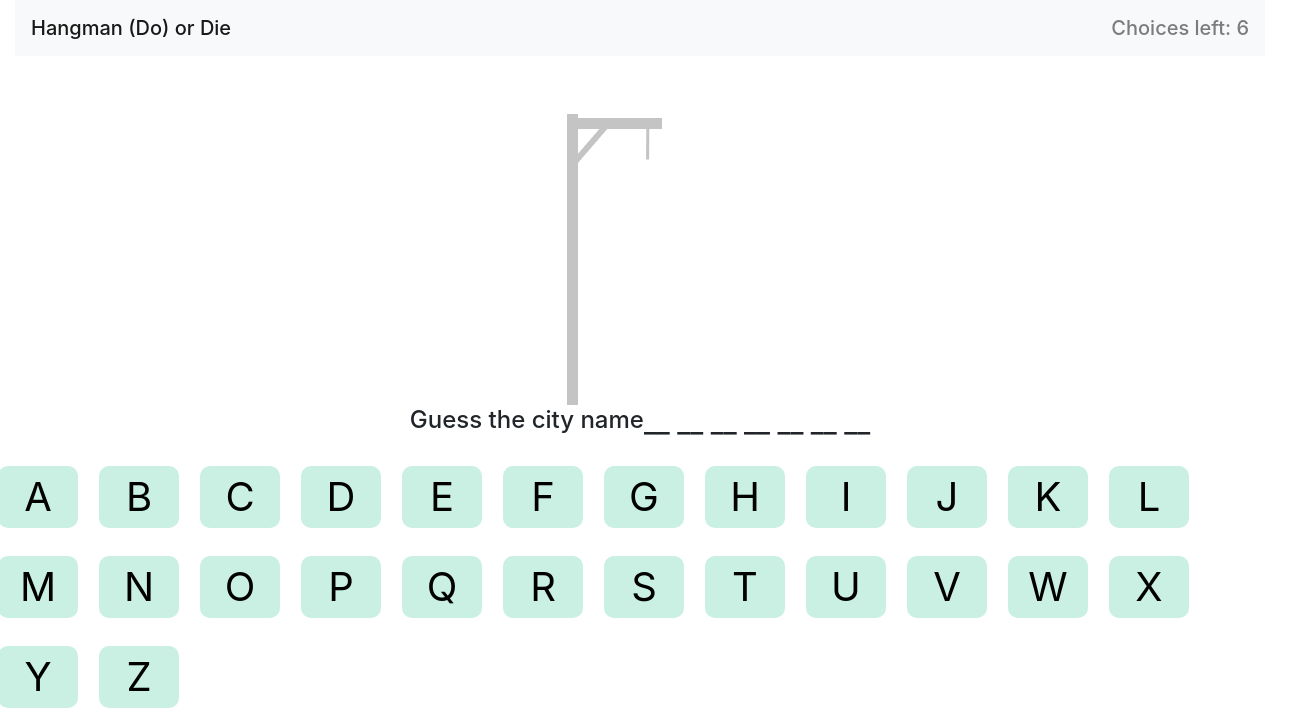
Repository: jatinhchanchlani/hangman
Page: /
These files come from the project's save history. The page is drawn as it stood at one moment and after the next save; the edit follows.
The browser window is 1280 px wide. The page is 1295 px wide, so the pictures cover 1295 px, including what lies to the right of the window. The pictures show the whole page.
The project was rebuilt for these pictures with package versions that can differ from the ones it lists, and the page was loaded fresh each time. Also part of the build but not shown: src/App.css, src/components/reset.jsx.

Above is the page before, as saved 2020-10-25 17:42:15.

### src/index.js
import React from 'react';
import ReactDOM from 'react-dom';
import './index.css';
import App from './App';
import * as serviceWorker from './serviceWorker';
import 'bootstrap/dist/css/bootstrap.css';

ReactDOM.render( <
  React.StrictMode >
  <
  App / >
  <
  /React.StrictMode>,
  document.getElementById('root')
);

// If you want your app to work offline and load faster, you can change
// unregister() to register() below. Note this comes with some pitfalls.
// Learn more about service workers: https://bit.ly/CRA-PWA
serviceWorker.unregister();

### src/App.js
import React from 'react';
import './App.css';
import Game from './components/game';

function App() {
  return ( <
    Game / >
  );
}

export default App;

### src/components/game.jsx
import React, { Component } from "react";
import Image from "./image";
import Header from "./header";
import Letters from "./letters";
import { getRandomCity } from "../model/cities";
import CityLetters from "./cityletters";
import Reset from "./reset";

const MAX_CHOICES = 6;

class Game extends Component {
  state = {
    maxChoices: MAX_CHOICES,
    choicesLeft: MAX_CHOICES,
    cityCharacters: getRandomCity(),
    letters: this.getAllLetters(),
  };

  render() {
    return (
      <div className="container-fluid">
        <Header choicesLeft={this.state.choicesLeft} />

        <div className="row d-flex justify-content-center">
          <Image
            choicesLeft={this.state.choicesLeft}
            maxChoices={this.state.maxChoices}
          />
        </div>

        <div className="row d-flex justify-content-center">
          <h4>Guess the city name </h4>
          <CityLetters cityCharacters={this.state.cityCharacters} />
        </div>

        <div className="row d-flex justify-content-center">
          <Letters
            letters={this.state.letters}
            onClick={(letter) => this.handleLetterClicked(letter)}
          />
          <Reset
            cityCharacters={this.state.cityCharacters}
            onClick={() => this.handleReset()}
          />
        </div>
      </div>
    );
  }

  handleLetterClicked(letter) {
    if (letter.canClick) {
      const { cityCharacters, letters, choicesLeft } = this.state;
      cityCharacters
        .filter((c) => c.character.toUpperCase() === letter.value)
        .map((c) => (c.guessed = true));

      const letterMatch = cityCharacters.some(
        (c) => c.character.toUpperCase() === letter.value
      );

      const choices = letterMatch ? choicesLeft : choicesLeft - 1;

      const l = letters.indexOf(letter);
      letters[l].canClick = false;
      this.setState({
        choicesLeft: choices,
        letters: letters,
        cityCharacters: cityCharacters,
      });
    }
  }

  getAllLetters() {
    return Array(26)
      .fill()
      .map((_, index) => String.fromCharCode("A".charCodeAt(0) + index))
      .map((char) => ({ value: char, canClick: true }));
  }

  handleReset() {
    this.setState({
      maxChoices: MAX_CHOICES,
      choicesLeft: MAX_CHOICES,
      cityCharacters: getRandomCity(),
      letters: this.getAllLetters(),
    });
  }
}

export default Game;

### src/components/image.jsx
import React, { Component } from "react";

class Image extends Component {
  render() {
    const { choicesLeft, maxChoices } = this.props;
    const imagePath = maxChoices - choicesLeft + ".jpg";
    return <img src={require("../images/" + imagePath)} alt={imagePath} />;
  }
}

export default Image;

### src/components/header.jsx
import React, { Component } from "react";

class Header extends Component {
  render() {
    return (
      <nav className="navbar navbar-light bg-light d-flex flex-column flex-sm-row">
        <span className="navbar-brand mb-0 h1">Hangman (Do) or Die</span>
        <span className="mb-0 h5 navbar-text nav-item">
          Choices left: {this.props.choicesLeft}
        </span>
      </nav>
    );
  }
}

export default Header;

### src/components/letters.jsx
import React, { Component } from "react";
import "../css/letters.css";

class Letters extends Component {
  render() {
    const { letters } = this.props;
    return (
      <div className="row">
        {letters.map((letter) => (
          <button
            key={letter.value}
            className="letter-button"
            style={{ backgroundColor: this.getBackground(letter) }}
            onClick={() => this.props.onClick(letter)}
          >
            {letter.value}
          </button>
        ))}
      </div>
    );
  }

  getBackground(letter) {
    if (letter.canClick) {
      return "#c9f0e2";
    } else {
      return "Red";
    }
  }
}

export default Letters;

### src/model/cities.js
const MIN = 0;
const MAX = 24;

const cities = {
    0: "Mumbai",
    1: "New Delhi",
    2: "Chennai",
    3: "Hyderabad",
    4: "Bengaluru",
    5: "Ahmedabad",
    6: "Jaipur",
    7: "Kolkata",
    8: "Lucknow",
    9: "Bhopal",
    10: "Chandigarh",
    11: "Patna",
    12: "Jabalpur",
    13: "Pune",
    14: "Surat",
    15: "Indore",
    16: "Kanpur",
    17: "Visakhapatnam",
    18: "Agra",
    19: "Varanasi",
    20: "Amritsar",
    21: "Udaipur",
    22: "Noida",
    23: "Ludhiana",
    24: "Gwalior",
}

// Returns a random number between min and max. Min and max are both inclusive
export function getRandomIntInclusive(min, max) {
    min = Math.ceil(min);
    max = Math.floor(max);
    return Math.floor(Math.random() * (max - min + 1) + min);
}

export function getRandomCity() {
    const city = cities[getRandomIntInclusive(MIN, MAX)];
    return [...city].map(c => ({
        character: c,
        guessed: false
    }));
}

### src/components/cityletters.jsx
import React, { Component } from "react";

class CityLetters extends Component {
  render() {
    const { cityCharacters } = this.props;
    console.log(cityCharacters);
    return (
      <React.Fragment>
        <br />
        <h3>{cityCharacters.map((c) => this.getCharacter(c))}</h3>
      </React.Fragment>
    );
  }

  getCharacter(cityCharacter) {
    const emptySpace = "        ";
    if (cityCharacter.character === " ") {
      return emptySpace;
    } else {
      if (cityCharacter.guessed) {
        return cityCharacter.character.toUpperCase() + emptySpace;
      } else {
        return "__" + emptySpace;
      }
    }
  }
}

export default CityLetters;

### src/css/letters.css
.letter-button {
    border: none;
    font-family: inherit;
    font-size: 2.5rem;
    cursor: pointer;
    width: 5rem;
    margin: 18px 8px 10px 13px;
    letter-spacing: 0;
    outline: none;
    color: #000;
    border-radius: 10px;
}

.letter-button:hover {
    box-shadow: 0 12px 16px 0 rgba(0, 0, 0, 0.24), 0 17px 50px 0 rgba(0, 0, 0, 0.19);
}

Loaded but not shown: public/index.html (common file); src/index.css (common file); src/serviceWorker.js (common file)

After the next save:
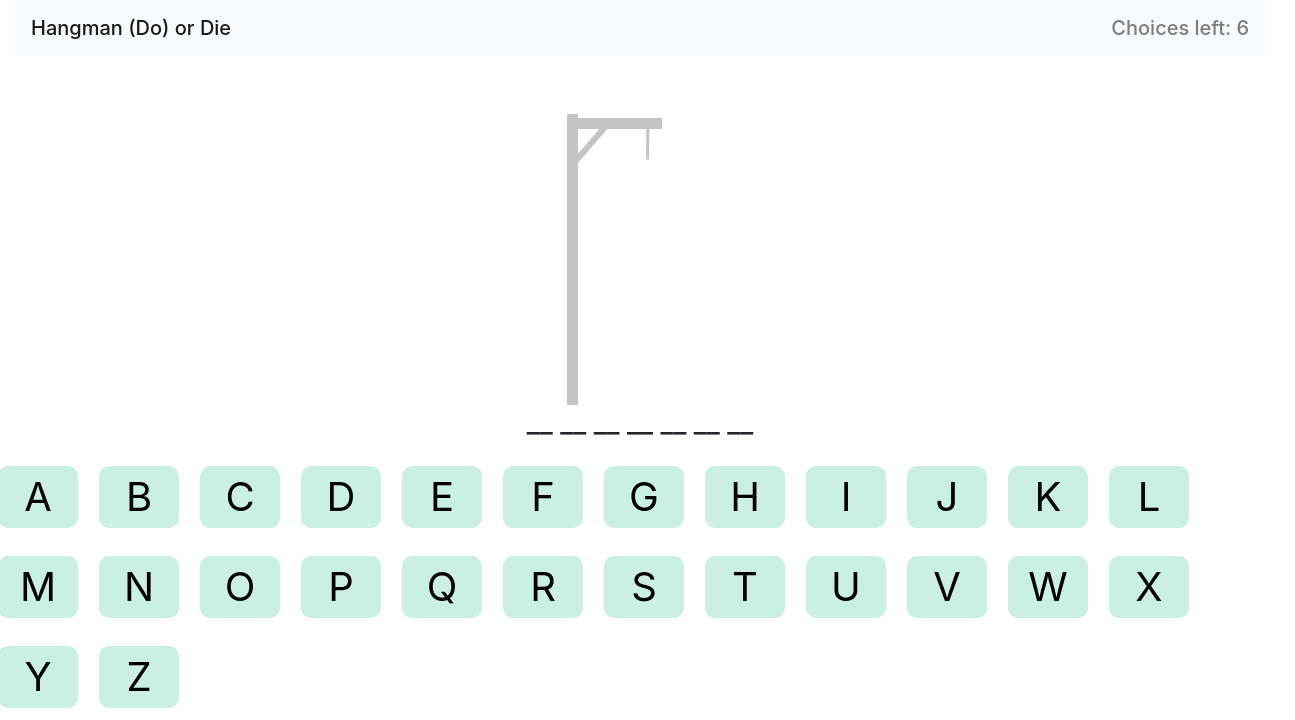
Saved 32 s later.
--- a/src/components/game.jsx
+++ b/src/components/game.jsx
@@ -29,7 +29,6 @@ class Game extends Component {
         </div>
 
         <div className="row d-flex justify-content-center">
-          <h4>Guess the city name </h4>
           <CityLetters cityCharacters={this.state.cityCharacters} />
         </div>
 
